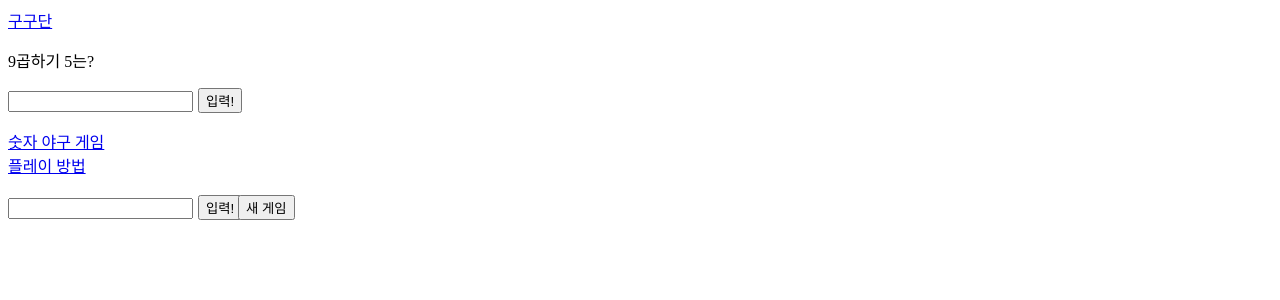
Repository: jun01270/number_baseball
Page: index.html
An editor plug-in stored every save of this project. The page is shown before and after the next save, followed by the edit.
The browser window is 1280 px wide. The pictures show the whole page.

Above is the page before, as saved 2023-08-28 22:18:43.

After the next save:
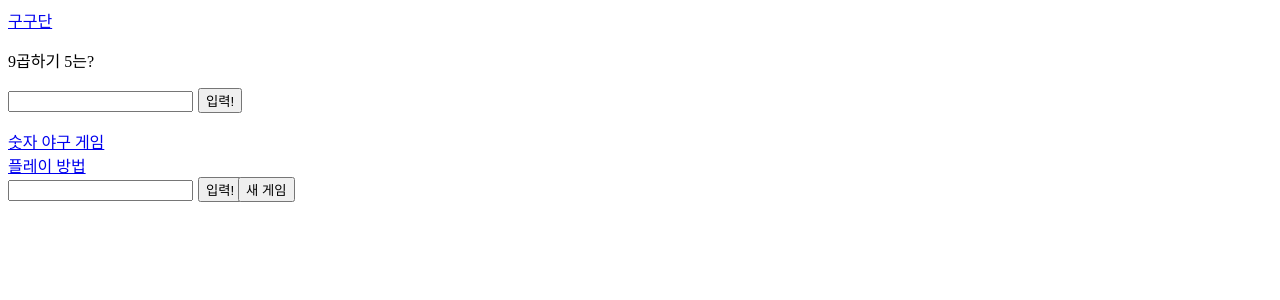
Saved 8 min 28 s later.
--- a/index.html
+++ b/index.html
@@ -17,10 +17,11 @@
     </div>
     <a href="#number_baseball">숫자 야구 게임</a>
     <br />
-    <a href="https://namu.wiki/w/%EC%88%AB%EC%9E%90%EC%95%BC%EA%B5%AC"
-      >플레이 방법</a
-    >
+
     <div id="number_baseball">
+      <a href="https://namu.wiki/w/%EC%88%AB%EC%9E%90%EC%95%BC%EA%B5%AC"
+        >플레이 방법</a
+      >
       <br />
       <form id="baseball">
         <input id="baseball_input" type="number" /><button id="enter">
